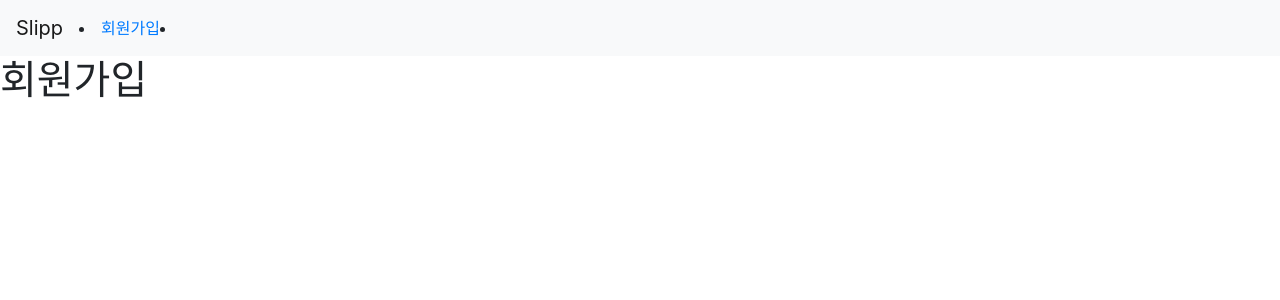
Repository: moonseoklee/SpringbootEx2
Page: my-slipp/src/main/resources/static/form.html
The author's editor kept a copy of each file at every save. The page is drawn from the files as they stood at one save, then again after the next save.
The browser window is 1280 px wide. The pictures show the whole page.

Above is the page before, as saved 2019-08-08 07:12:51.

After the next save:
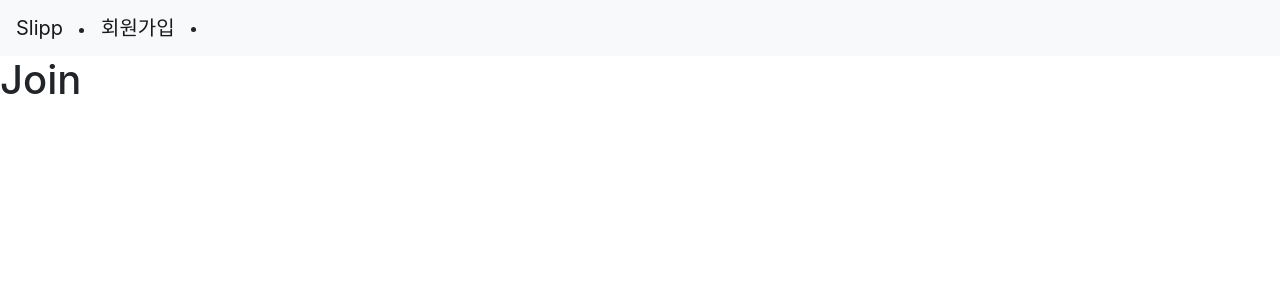
Saved 13 s later.
--- a/my-slipp/src/main/resources/static/form.html
+++ b/my-slipp/src/main/resources/static/form.html
@@ -12,13 +12,13 @@
   </head>
   <body>
   <nav class="navbar navbar-expand-lg navbar-light bg-light">
-  <a class="navbar-brand" href="#">Slipp</a>
+	  <a class="navbar-brand" href="#">Slipp</a>
 
-  <div class="collapse navbar-collapse" id="navbarSupportedContent">
-    <li><a href="/form.html">회원가입</a><li>
-  </div>
-</nav>
-    <h1>회원가입</h1>
+   	<div class="collapse navbar-collapse" id="navbarSupportedContent">
+	    <li><a class="navbar-brand" href="/form.html">회원가입</a><li>
+  	</div>
+  </nav>
+    <h1>Join</h1>
 
     <!-- Optional JavaScript -->
     <!-- jQuery first, then Popper.js, then Bootstrap JS -->
